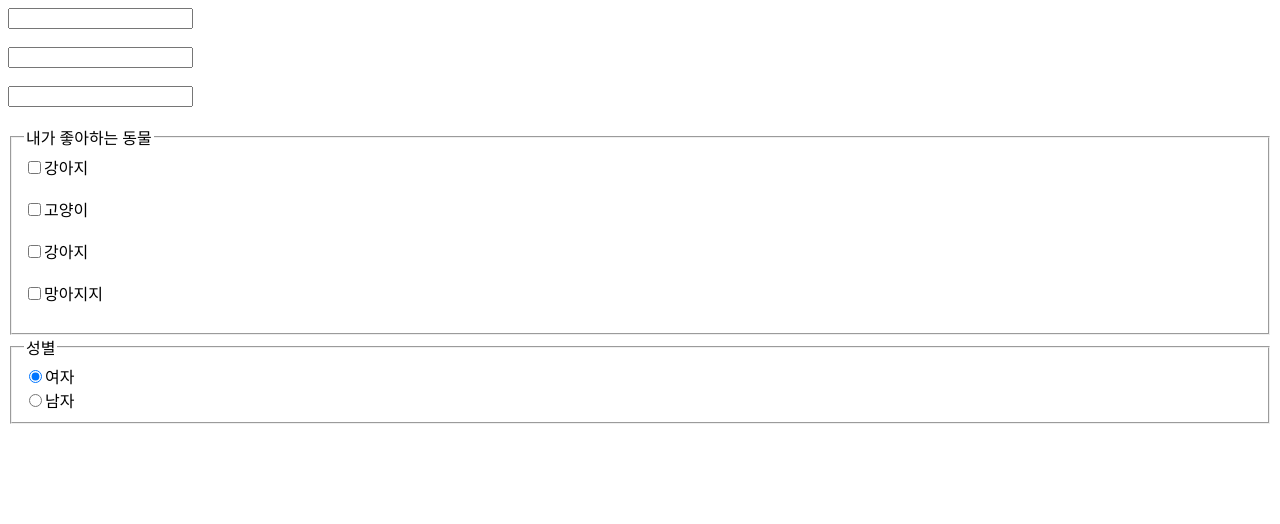
Repository: cordingdodo/javaworks2
Page: practice01/WebContent/input.html
An editor plug-in stored every save of this project. The page is shown before and after a run of saves, followed by the edit.
The browser window is 1280 px wide. The pictures show the whole page.

Above is the page before, as saved 2022-10-17 07:05:20.

### practice01/WebContent/input.html
<!DOCTYPE html>
<html>
<head>
<meta charset="UTF-8">
<title>입력 데이터 처리와 주고 받기</title>
</head>
<body>
<form name="indata" action="test04.jsp" method="post">
	<input type="text" name="name"><br><br>
	<input type="text" name="addr"><br><br>
	<input type="number" name="age"><br><br>
	<fieldset>
		<legend>내가 좋아하는 동물</legend>
		<input type="checkbox" name="pet" value="dog">강아지<br><br>
		<input type="checkbox" name="pet" value="cat">고양이<br><br>
		<input type="checkbox" name="pet" value="pig">강아지<br><br>
		<input type="checkbox" name="pet" value="horse">망아지지<br><br>
	</fieldset>
	<fieldset>
		<legend>성별</legend>
		<input type="radio" name="female" value="f" checked>여자<br>
		<input type="radio" name="male" value="m">남자<br>
	</fieldset>
</form>

</body>
</html>

After the next 2 saves:
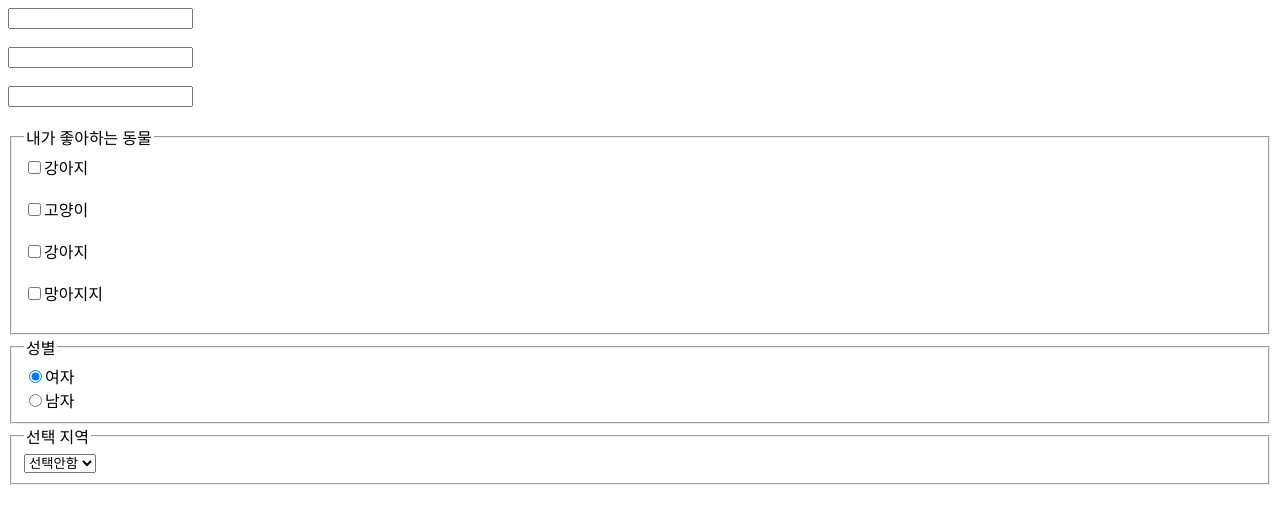
The 2 saves are shown as one change because they came seconds apart.
The last was saved 72 s later.
--- a/practice01/WebContent/input.html
+++ b/practice01/WebContent/input.html
@@ -21,6 +21,17 @@
 		<input type="radio" name="female" value="f" checked>여자<br>
 		<input type="radio" name="male" value="m">남자<br>
 	</fieldset>
+		<fieldset>
+		<legend>선택 지역</legend>
+		<select name="area">
+			<option selected>선택안함</option>
+			<option value="01">서울</option>
+			<option value="02">대전</option>
+			<option value="03">부산</option>
+			<option value="04">강원</option>
+
+		</select>
+	</fieldset>
 </form>
 
 </body>
